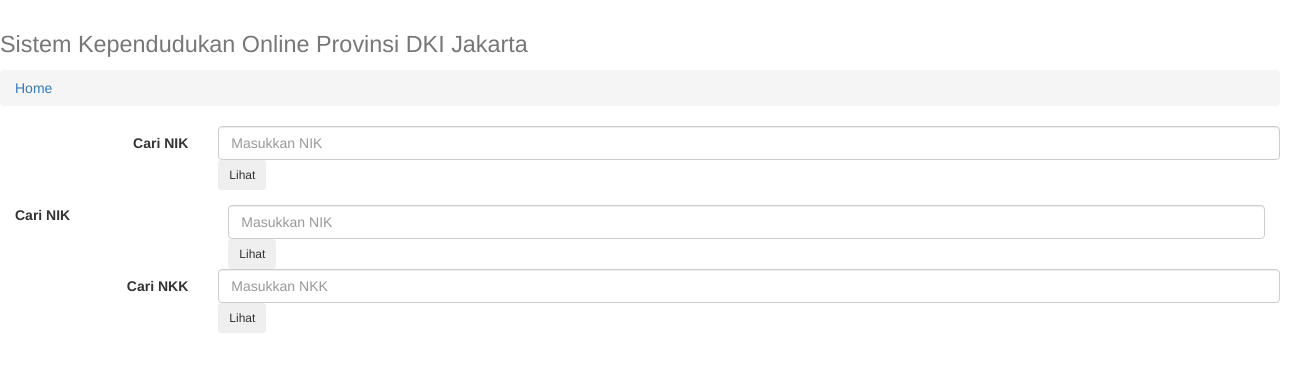
Repository: apap-2017/tugas1_1406544135
Page: http://localhost/index
These files come from the project's save history. The page is drawn as it stood at one moment and after a run of saves; the edit follows.
The browser window is 1280 px wide. The page is 1295 px wide, so the pictures cover 1295 px, including what lies to the right of the window. The pictures show the whole page.
The page is this project's Thymeleaf template; nobody is signed in. The template is opened directly, without the code that normally fills it, so the values that code supplies are empty.

Above is the page before, as saved 2017-10-20 12:00:48.

After the next 3 saves:
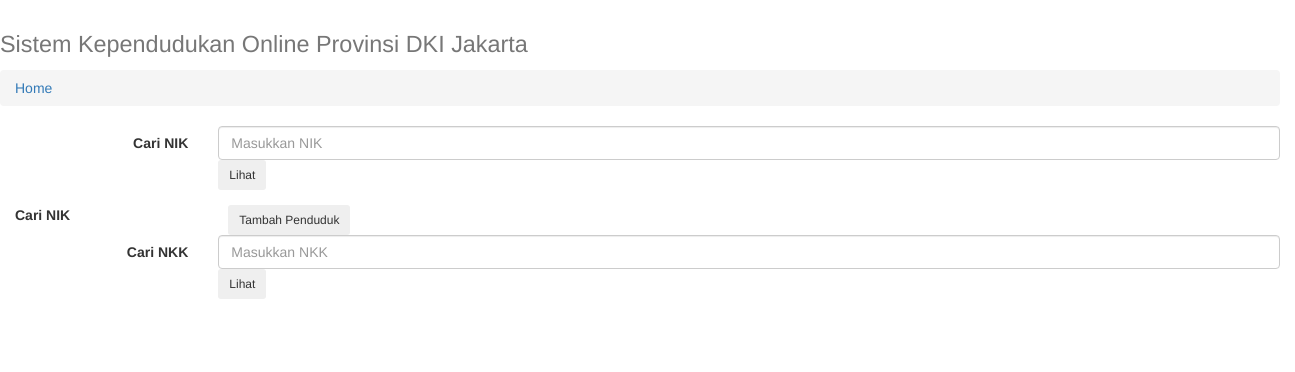
The 3 saves are shown as one change because 2 did not build or start.
The last was saved 96 s later.
--- a/Tugas1_1406544135/src/main/resources/templates/index.html
+++ b/Tugas1_1406544135/src/main/resources/templates/index.html
@@ -28,11 +28,11 @@
 			</div>
 		</div>
 	</form>
-	<div class="form-group">
+
+		<div class="form-group">
 			<label class="col-sm-2 control-label">Cari NIK</label>
 			<div class="col-sm-10">
-				<input type="text" name="nik" class="form-control" placeholder="Masukkan NIK"/>
-				<button type="submit" class="btn btn-sm bg-teal pull-left" name="action" value="save">Lihat</button>
+				<button type="submit" class="btn btn-sm bg-teal pull-left" >Tambah Penduduk</button>
 			</div>
 		</div>
 
